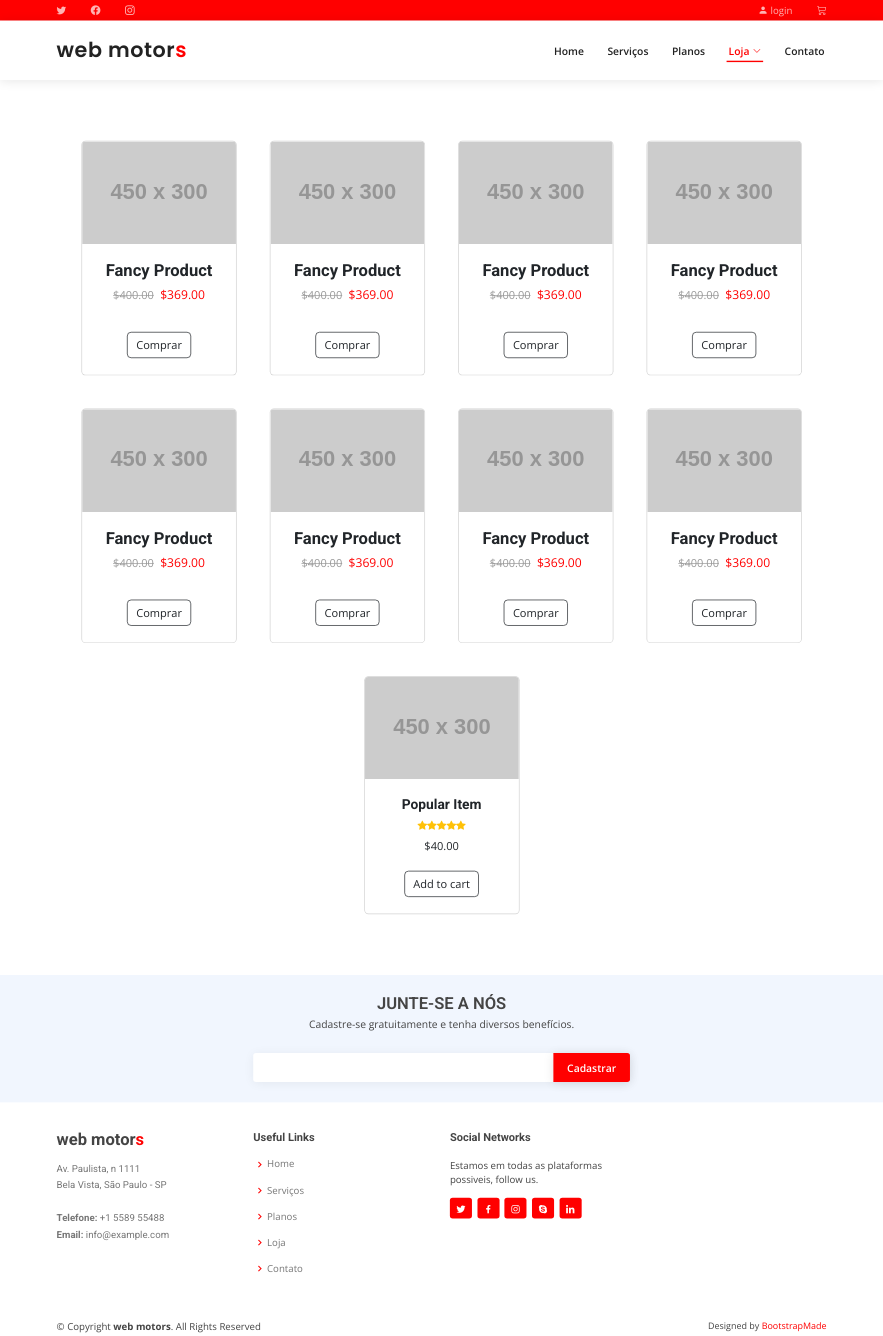
Repository: 01nethy/WebMotors
Page: produtos.html
The author's editor kept a copy of each file at every save. The page is drawn from the files as they stood at one save, then again after the next save.
The browser window is 1280 px wide. The pictures show the whole page, at 69% of full size.

Above is the page before, as saved 2023-12-08 15:12:18.

After the next save:
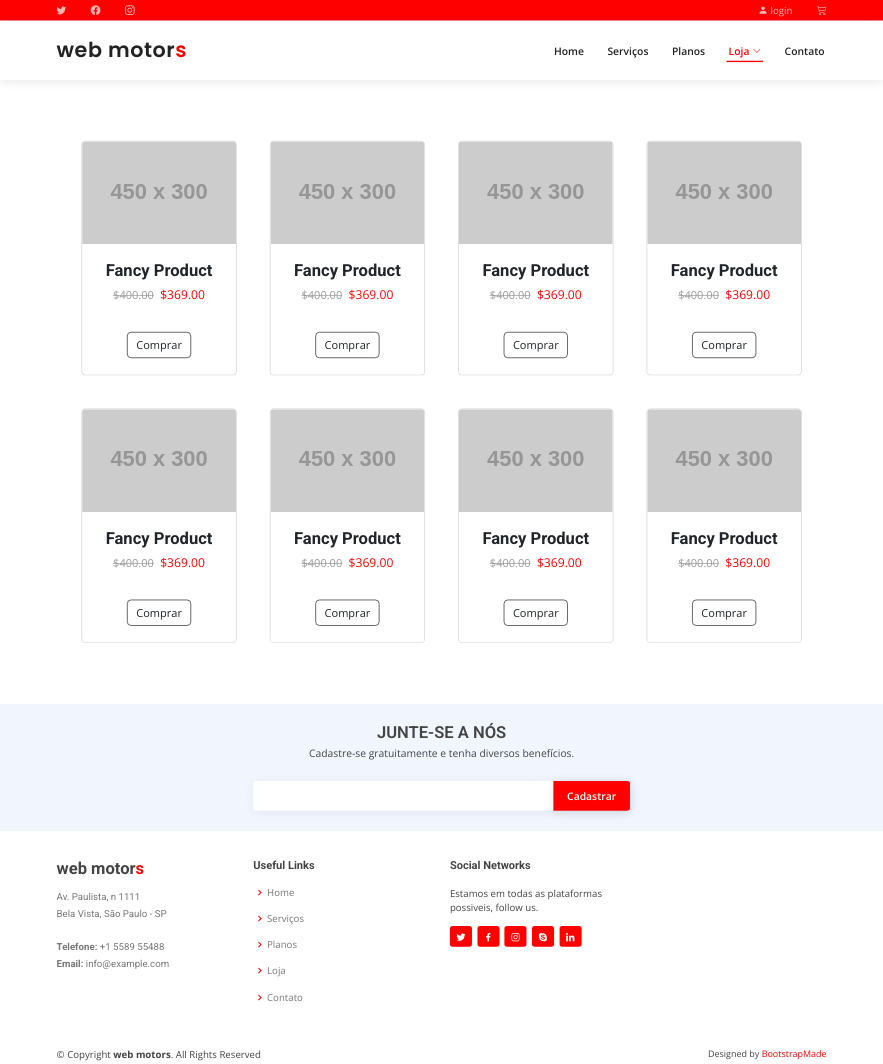
Saved 23 s later.
--- a/produtos.html
+++ b/produtos.html
@@ -229,33 +229,7 @@
               </div>
             </div>
           </div>
-          <div class="col mb-5">
-            <div class="card h-100">
-              <!-- Product image-->
-              <img class="card-img-top" src="https://dummyimage.com/450x300/dee2e6/6c757d.jpg" alt="..." />
-              <!-- Product details-->
-              <div class="card-body p-4">
-                <div class="text-center">
-                  <!-- Product name-->
-                  <h5 class="fw-bolder">Popular Item</h5>
-                  <!-- Product reviews-->
-                  <div class="d-flex justify-content-center small text-warning mb-2">
-                    <div class="bi-star-fill"></div>
-                    <div class="bi-star-fill"></div>
-                    <div class="bi-star-fill"></div>
-                    <div class="bi-star-fill"></div>
-                    <div class="bi-star-fill"></div>
-                  </div>
-                  <!-- Product price-->
-                  $40.00
-                </div>
-              </div>
-              <!-- Product actions-->
-              <div class="card-footer p-4 pt-0 border-top-0 bg-transparent">
-                <div class="text-center"><a class="btn btn-outline-dark mt-auto" href="#">Add to cart</a></div>
-              </div>
-            </div>
-          </div>
+
         </div>
       </div>
     </section>
